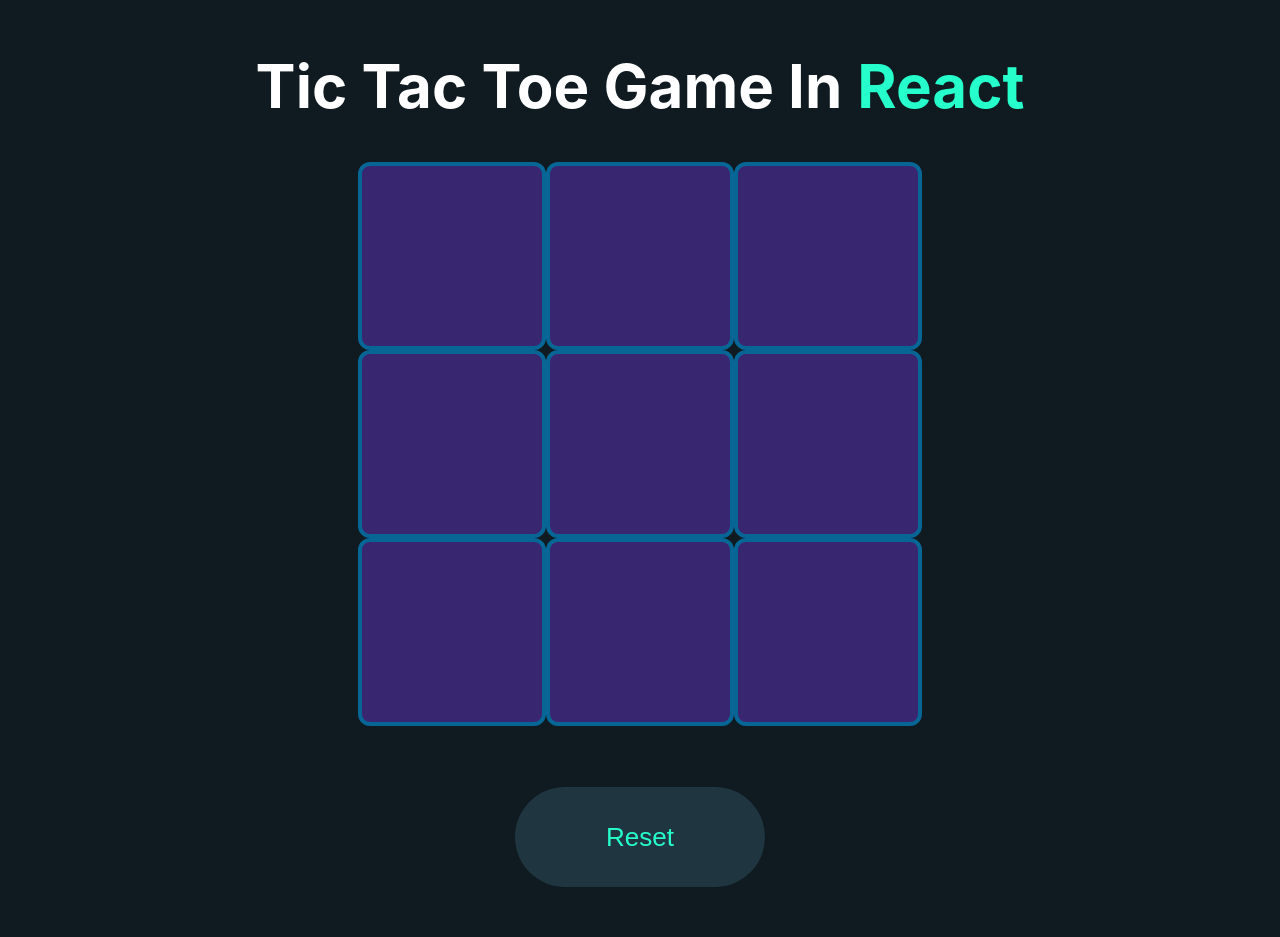
Repository: GigaByte6610/TicTacToe
Page: /
The author's editor kept a copy of each file at every save. The page is drawn from the files as they stood at one save, then again after the next save.
The browser window is 1280 px wide. The pictures show the whole page.
The project was rebuilt for these pictures with package versions that can differ from the ones it lists, and the page was loaded fresh each time. Also part of the build but not shown: src/App.css.

Above is the page before, as saved 2025-02-01 07:14:08.

After the next save:
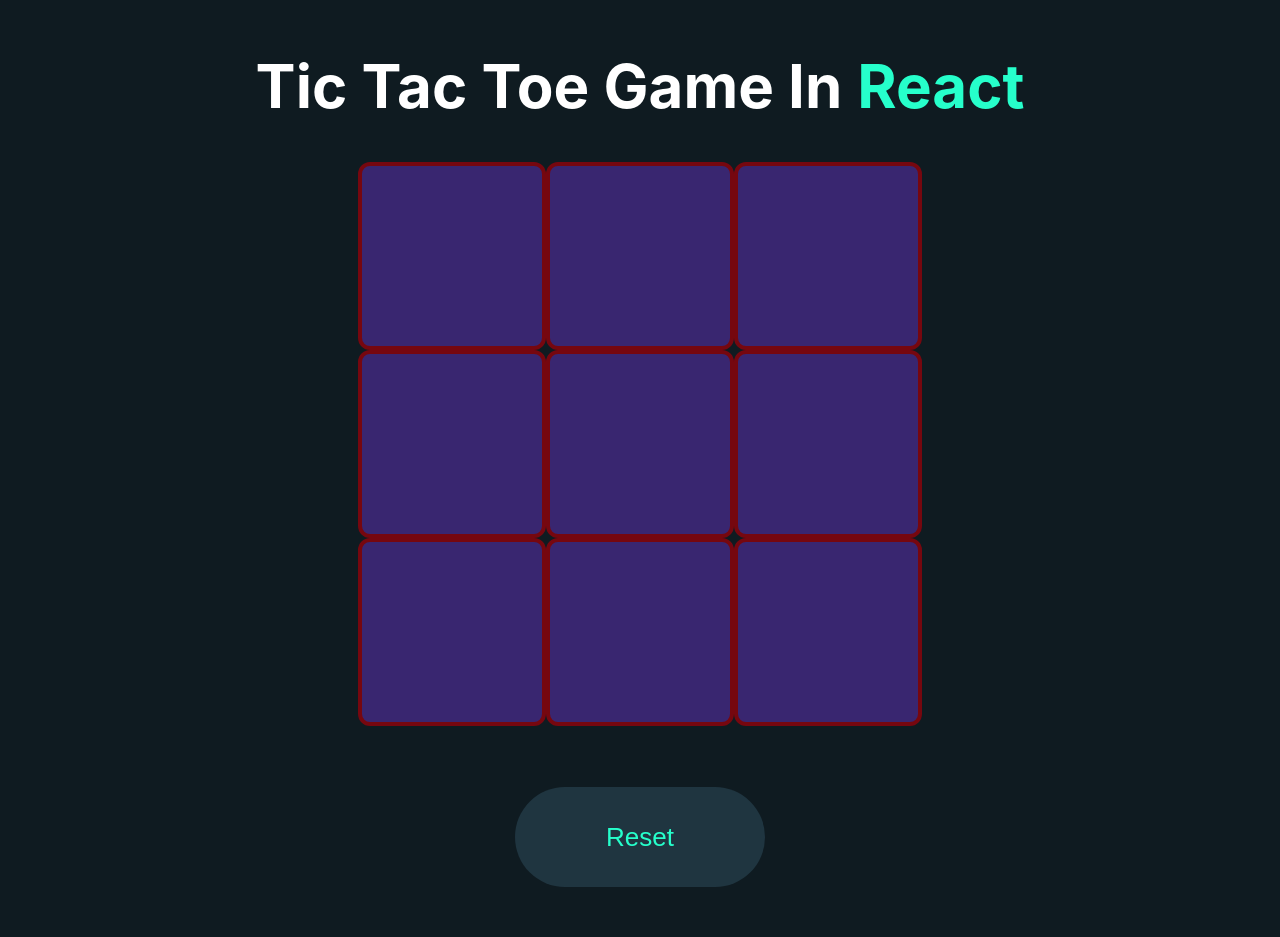
Saved 22 s later.
--- a/src/Components/TicTacToe/TicTacToe.css
+++ b/src/Components/TicTacToe/TicTacToe.css
@@ -21,7 +21,7 @@
     height: 180px;
     width: 180px;
     background: #392670;
-    border: 4px solid #086696;
+    border: 4px solid #76070f;
     border-radius: 12px;
     cursor: pointer;
 }
